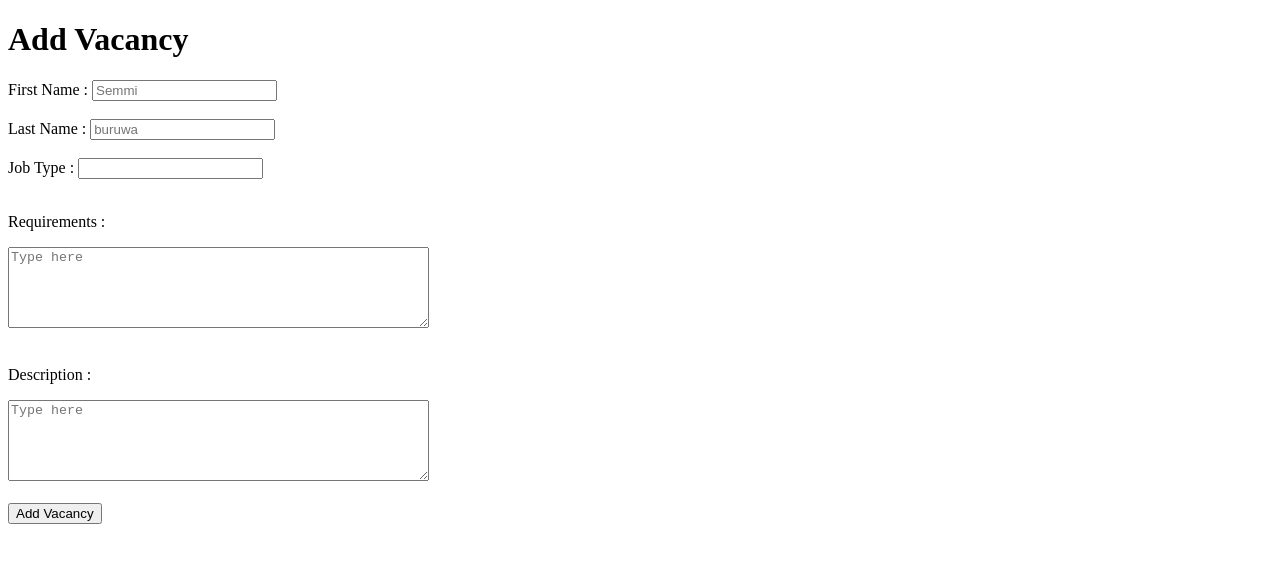
Repository: IT21221064/JobPortal
Page: http://localhost/JobApp/addProfile.jsp
These files come from the project's save history. The page is drawn as it stood at one moment and after the next save; the edit follows.
The browser window is 1280 px wide. The pictures show the whole page.
The page is served by Tomcat 9.

Above is the page before, as saved 2023-07-15 15:47:02.

### Project/JobApp/src/main/webapp/addProfile.jsp
<%@ page language="java" contentType="text/html; charset=ISO-8859-1"
    pageEncoding="ISO-8859-1"%>
<!DOCTYPE html>
<html>
<head>
<meta charset="ISO-8859-1">
<title>Insert title here</title>
</head>
<body>
<form method="post" action="#">
<h1>Add Vacancy</h1>
<label for="fname">First Name : </label>
<input type="text" name="fname" id="fname" placeholder="Semmi"><br><br>

<label for="lname">Last Name : </label>
<input type="text" name="lname" id="lname" placeholder="buruwa"><br><br>

<label for="email">Job Type : </label>
<input type="email" name="email" id="email" placeholder=""><br><br>
<p><label for ="jobreqs">Requirements : </label></p>
<textarea id="jobreqs" name="jobreqs" rows="5" cols="50" placeholder="Type here"></textarea><br><br>
<p><label for ="jobdesc">Description : </label></p>
<textarea id="jobdesc" name="jobdesc" rows="5" cols="50" placeholder="Type here"></textarea><br><br>
 <button class="btn btn-primary col-md-12">Add Vacancy</button>
</form>

</body>
</html>

After the next save:
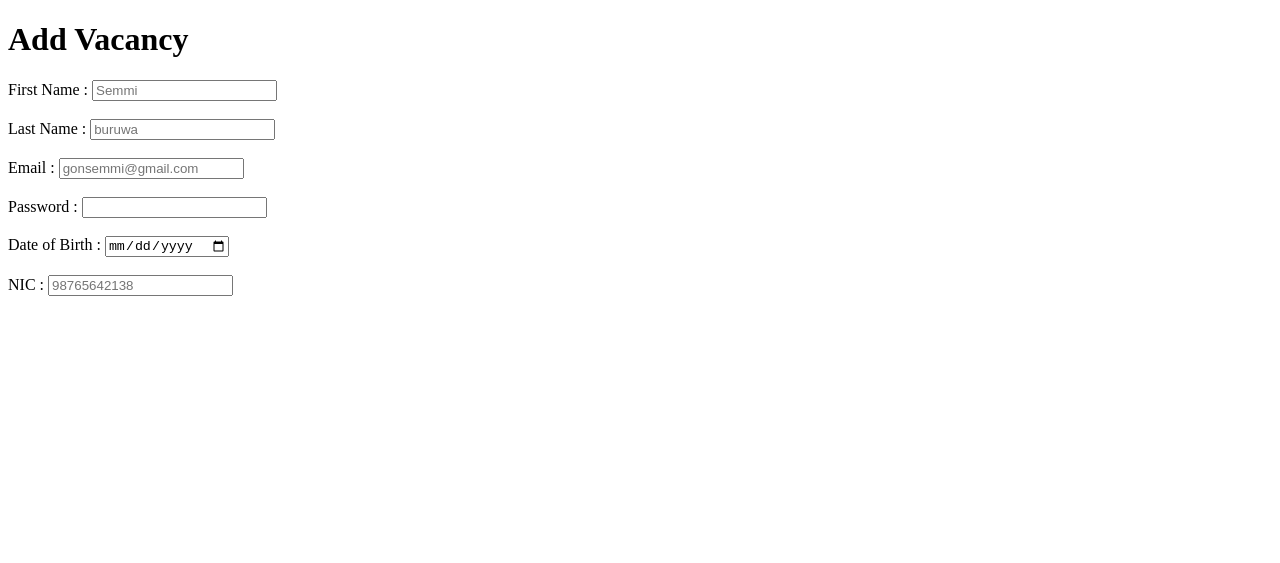
Saved 4 min 44 s later.
--- a/Project/JobApp/src/main/webapp/addProfile.jsp
+++ b/Project/JobApp/src/main/webapp/addProfile.jsp
@@ -15,13 +15,17 @@
 <label for="lname">Last Name : </label>
 <input type="text" name="lname" id="lname" placeholder="buruwa"><br><br>
 
-<label for="email">Job Type : </label>
-<input type="email" name="email" id="email" placeholder=""><br><br>
-<p><label for ="jobreqs">Requirements : </label></p>
-<textarea id="jobreqs" name="jobreqs" rows="5" cols="50" placeholder="Type here"></textarea><br><br>
-<p><label for ="jobdesc">Description : </label></p>
-<textarea id="jobdesc" name="jobdesc" rows="5" cols="50" placeholder="Type here"></textarea><br><br>
- <button class="btn btn-primary col-md-12">Add Vacancy</button>
+<label for="email">Email : </label>
+<input type="email" name="email" id="email" placeholder="gonsemmi@gmail.com"><br><br>
+
+<label for ="pw">Password : </label>
+<input type="password" name="pw" id="pw"><br><br>
+
+<label for ="dob">Date of Birth : </label>
+<input type="date" name="dob" id="dob"><br><br>
+
+<label for ="nic">NIC : </label>
+<input type="number" name="nic" id="nic" placeholder="98765642138"><br><br>
 </form>
 
 </body>
